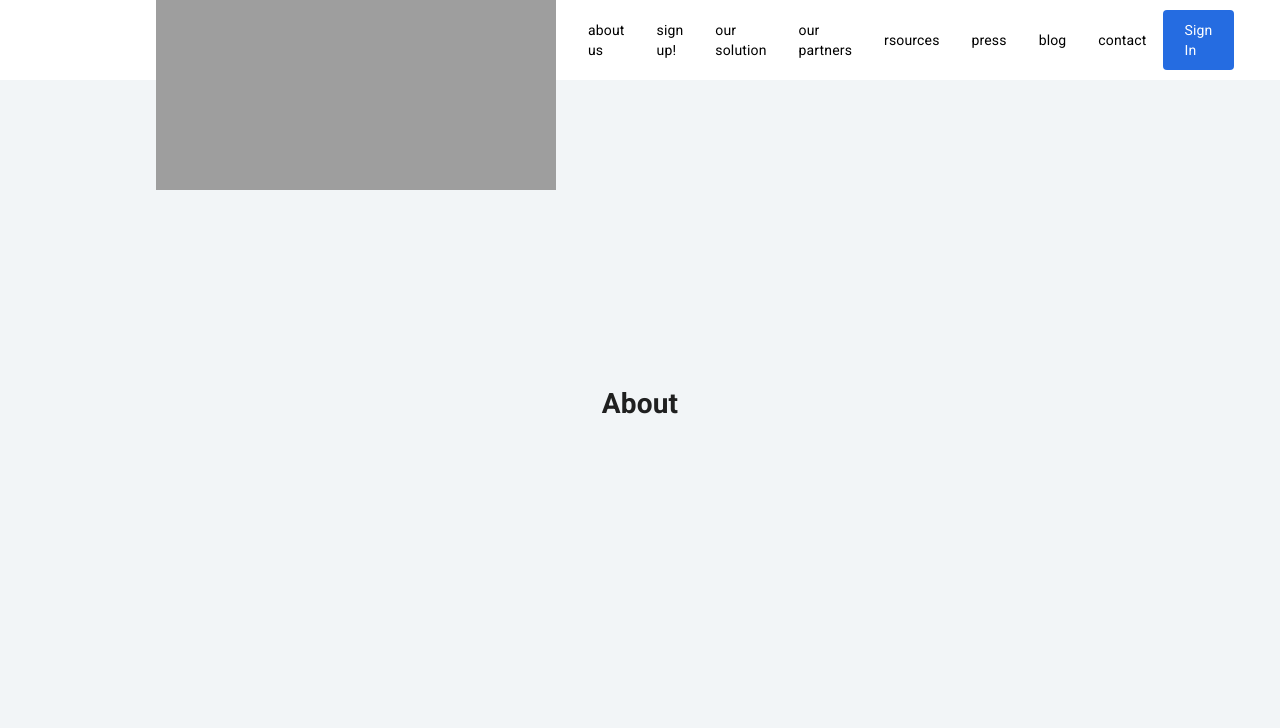
Repository: vinuvish/groundstandards_react
Page: /
These files come from the project's save history. The page is drawn as it stood at one moment and after the next save; the edit follows.
The browser window is 1280 px wide. The pictures show the whole page.
Pictures or frames that could not be fetched are drawn as grey boxes. The page's requests for data from a server got no answer. The project was rebuilt for these pictures with package versions that can differ from the ones it lists, and the page was loaded fresh each time. No one was signed in, and anything a server would have sent is missing. Also part of the build but not shown: src/pages/app/NotFoundPage.tsx, src/pages/app/SignUpPage.tsx, src/pages/app/AboutPage.tsx, src/pages/app/OurSolutionPage.tsx, src/pages/app/OurPartnerPage.tsx, src/pages/app/ResourcePage.tsx, src/pages/app/PressPage.tsx, src/pages/app/BlockPage.tsx and 1 more.

Above is the page before, as saved 2020-11-25 23:42:02.

### public/index.html
<!DOCTYPE html>
<html lang="en">
  <head>
    <meta charset="utf-8" />
    <link rel="icon" href="%PUBLIC_URL%/favicon.png" />
    <meta name="viewport" content="width=device-width, initial-scale=1" />
    <meta name="theme-color" content="#000000" />
    <meta name="description" content="Web site created using create-react-app" />
    <link rel="apple-touch-icon" href="%PUBLIC_URL%/logo192.png" />
    <link rel="stylesheet" href="https://fonts.googleapis.com/css?family=Roboto:300,400,500,700&display=swap" />
    <link rel="stylesheet" href="https://fonts.googleapis.com/icon?family=Material+Icons" />
    <!--
      manifest.json provides metadata used when your web app is installed on a
      user's mobile device or desktop. See https://developers.google.com/web/fundamentals/web-app-manifest/
    -->
    <link rel="manifest" href="%PUBLIC_URL%/manifest.json" />
    <!--
      Notice the use of %PUBLIC_URL% in the tags above.
      It will be replaced with the URL of the `public` folder during the build.
      Only files inside the `public` folder can be referenced from the HTML.

      Unlike "/favicon.ico" or "favicon.ico", "%PUBLIC_URL%/favicon.ico" will
      work correctly both with client-side routing and a non-root public URL.
      Learn how to configure a non-root public URL by running `npm run build`.
    -->
    <title>Ground Standard</title>
  </head>
  <body>
    <noscript>You need to enable JavaScript to run this app.</noscript>
    <div id="root"></div>
    <!--
      This HTML file is a template.
      If you open it directly in the browser, you will see an empty page.

      You can add webfonts, meta tags, or analytics to this file.
      The build step will place the bundled scripts into the <body> tag.

      To begin the development, run `npm start` or `yarn start`.
      To create a production bundle, use `npm run build` or `yarn build`.
    -->
  </body>
</html>

### src/App.tsx
import { CssBaseline, MuiThemeProvider, StylesProvider } from '@material-ui/core';
import { SnackbarProvider } from 'notistack';
import React from 'react';
import { theme } from './app_utils/MuiTheme';
import AppRouterRoutes from './AppRoutes';
import { useAppStore } from './models_stores/appStore';

function App() {
  const streamAuthUser = useAppStore((state) => state.streamAuthUser);
  const streamProducts = useAppStore((state) => state.streamDocuments);
  const streamCategories = useAppStore((state) => state.streamNotifications);
  const streamUsers = useAppStore((state) => state.streamUsers);

  React.useEffect(() => {
    streamAuthUser();
    streamCategories();
    streamUsers();
    streamProducts();
  }, []); // eslint-disable-line

  return (
    <SnackbarProvider maxSnack={3} anchorOrigin={{ vertical: 'bottom', horizontal: 'right' }}>
      <MuiThemeProvider theme={theme}>
        <CssBaseline />
        <StylesProvider injectFirst>
          <AppRouterRoutes></AppRouterRoutes>
        </StylesProvider>
      </MuiThemeProvider>
    </SnackbarProvider>
  );
}

export default App;

### src/app_utils/MuiTheme.tsx
import { createMuiTheme } from '@material-ui/core/styles';
import { BreakpointOverrides } from '@material-ui/core/styles/createBreakpoints';
import { Shadows } from '@material-ui/core/styles/shadows';

declare module '@material-ui/core/styles/createBreakpoints' {
  interface BreakpointOverrides {
    xs: true;
    sm: true;
    md: true;
    lg: true;
    xl: true;
    tablet: true;
    laptop: true;
    desktop: true;
  }
}

export const theme = createMuiTheme({
  breakpoints: {
    values: { xs: 0, sm: 600, md: 960, lg: 1280, xl: 1920, tablet: 400, laptop: 900, desktop: 1200 }
  },

  shadows: Array(25).fill('none') as Shadows,

  props: {
    MuiInput: { disableUnderline: true },
    MuiButton: { disableElevation: true },
    MuiButtonBase: { disableRipple: true },
    MuiPaper: { elevation: 0 },
    MuiCard: { elevation: 0 },
    MuiDivider: { color: 'white' },
    MuiOutlinedInput: {}
  },
  overrides: {
    MuiPaper: {
      root: {
        elevation: 0
      }
    },
    MuiCard: {
      root: {
        elevation: 0
      }
    },
    MuiButton: {
      root: {
        textTransform: 'capitalize'
      }
    }
  },
  palette: {
    background: {
      default: '#F2F5F7'
    }
  }
});

export const breakpoint = {
  xs: `(min-width: 0px)`,
  sm: `(min-width: 576px)`,
  md: `(min-width: 768px)`,
  lg: `(min-width: 992px)`,
  xl: `(min-width: 1200px)`
};

### src/AppRoutes.tsx
import { Container, createStyles, Grid, makeStyles, Theme } from '@material-ui/core';
import React from 'react';
import { Route, Router, Switch } from 'react-router-dom';
import ZAppBar from './components/ZAppBar';
import ZAppBarDrawer from './components/ZAppBarDrawer';
import NotFoundPage from './pages/app/NotFoundPage';
import SignUpPage from './pages/app/SignUpPage';
import history from './app_utils/History';
import AboutPage from './pages/app/AboutPage';
import OurSolutionPage from './pages/app/OurSolutionPage';
import OurPartnerPage from './pages/app/OurPartnerPage';
import ResourcePage from './pages/app/ResourcePage';
import PressPage from './pages/app/PressPage';
import BlockPage from './pages/app/BlockPage';
import ContactPage from './pages/app/ContactPage';
import AppHomePage from './pages/app/AppHomePage';
import ZNavBar from './components/ZNavBar';

const AppRouterRoutes = () => {
  const classes = useStyles();

  return (
    <Router history={history}>

      <ZNavBar />
      <Switch>{[AppRoutes]}</Switch>
    </Router>


  );
};


const AppRoutes = [
  <Route exact path='/' component={AppHomePage} />,
  <Route exact path='/aboutUs' component={AboutPage} />,
  <Route exact path='/signUp' component={SignUpPage} />,
  <Route exact path='/ourSolution' component={OurSolutionPage} />,
  <Route exact path='/ourPartner' component={OurPartnerPage} />,
  <Route exact path='/resource' component={ResourcePage} />,
  <Route exact path='/press' component={PressPage} />,
  <Route exact path='/blog' component={BlockPage} />,
  <Route exact path='/contact' component={ContactPage} />,
  <Route component={NotFoundPage} />
];

const useStyles = makeStyles((theme: Theme) =>
  createStyles({
    grid: {
      display: 'flex'
    },
    containerAuthenticated: {
      margin: 'auto',
      marginTop: 68,
      padding: 20,
      width: `calc(100% - 240px)`,
      [theme.breakpoints.down('md')]: {
        width: '100%'
      }
    },
    containerUnauthenticated: {}
  })
);

export default AppRouterRoutes;

### src/models_stores/appStore.ts
import { mountStoreDevtool } from 'simple-zustand-devtools';
import create from 'zustand';
import { fireAuth, fireFirestore } from '../firebase/firebase';
import { AuthUser } from '../models/AuthUserModel';
import { DocumentModel } from '../models/DocumentModel';
import { NotificationModel } from '../models/NotificationModel';

type State = {
  documents: DocumentModel[];
  streamDocuments: () => void;

  notifications: NotificationModel[];
  streamNotifications: () => void;

  users: AuthUser[];
  streamUsers: () => void;

  isInitializing?: boolean;
  authUser: AuthUser | null;
  streamAuthUser: () => void;
};

export const useAppStore = create<State>((set, get) => ({
  /* ------------------------------ NOTE AUTHUSER ----------------------------- */
  isInitializing: true,
  authUser: null,

  streamAuthUser: () => {
    fireAuth.onAuthStateChanged(async (user) => {
      if (user) {
        const query = await fireFirestore.collection('users').doc(user.uid).get();

        const authUser = AuthUser.fromFirestore(query);

        set((state) => {
          return { ...state, authUser: authUser, isInitializing: false };
        });
      } else {
        set((state) => {
          return { ...state, authUser: null, isInitializing: false };
        });
      }
    });
  },

  /* ------------------------------ NOTE Users ----------------------------- */
  users: [],

  streamUsers: () => {
    if (get().users.length === 0)
      fireFirestore.collection('users').onSnapshot((querySnapshot: firebase.firestore.QuerySnapshot<firebase.firestore.DocumentData>) => {
        let users: AuthUser[] = [];
        querySnapshot.docs.forEach((docSnapshot) => {
          const res = AuthUser.fromFirestore(docSnapshot);
          if (res) users.push(res);
        });

        set((state) => {
          return { ...state, users: users };
        });
      });
  },
  /* ------------------------------ NOTE PRODUCTS ----------------------------- */
  documents: [],

  streamDocuments: () => {
    if (get().documents.length === 0)
      fireFirestore
        .collection('documents')
        .limit(200)
        .onSnapshot((querySnapshot: firebase.firestore.QuerySnapshot<firebase.firestore.DocumentData>) => {
          let documents: DocumentModel[] = [];

          querySnapshot.docs.forEach((docSnapshot) => {
            const res = DocumentModel.fromFirestore(docSnapshot);
            if (res) documents.push(res);
          });

          set((state) => {
            return { ...state, documents: documents };
          });
        });
  },

  notifications: [],
  streamNotifications: () => {
    if (get().notifications.length === 0)
      fireFirestore.collection('notifications').onSnapshot((querySnapshot: firebase.firestore.QuerySnapshot<firebase.firestore.DocumentData>) => {
        let notifications: NotificationModel[] = [];

        querySnapshot.docs.forEach((docSnapshot) => {
          const res = NotificationModel.fromFirestore(docSnapshot);
          if (res) notifications.push(res);
        });

        set((state) => {
          return { ...state, notifications: notifications };
        });
      });
  }
}));

if (process.env.NODE_ENV === 'development') {
  mountStoreDevtool('Store', useAppStore);
}

### src/app_utils/History.tsx
import { createBrowserHistory } from 'history';
export default createBrowserHistory({});

### src/pages/app/AppHomePage.tsx

import * as React from 'react';
import { makeStyles, Theme } from '@material-ui/core/styles';

interface Props { }

const AppHomePage: React.FC<Props> = () => {
    const classes = useStyles();
    return <div
        style={{
            display: 'flex',
            justifyContent: 'center',
            alignItems: 'center',
            height: '90vh'
        }}
    >
        <h1>About</h1>
    </div>
};

const useStyles = makeStyles((theme: Theme) => ({
    root: {}
}));

AppHomePage.defaultProps = {};

export default AppHomePage;

### src/components/ZNavBar.tsx
import React from 'react';
import { FaBars } from 'react-icons/fa';
import { NavLink as Link } from 'react-router-dom';
import styled from 'styled-components';

function ZNavBar() {


    const navLinks = [
        { title: `about us`, path: `/aboutUs` },
        { title: `sign up!`, path: `/signUp` },
        { title: `our solution`, path: `/ourSolution` },
        { title: `our partners`, path: `/ourPartner` },
        { title: `rsources`, path: `/resource` },
        { title: `press`, path: `/press` },
        { title: `blog`, path: `/blog` },
        { title: `contact`, path: `/contact` },

    ]
    return (
        <>
            <Nav>
                <NavLink to='/'>
                    <img src={'http://groundstandards.com/wp-content/uploads/GS-logo-300.png'} alt='logo' />
                </NavLink>
                <Bars />

                <NavMenu>

                    {navLinks.map(({ title, path }) => (
                        <NavLink to={path} >
                            {title}
                        </NavLink>
                    ))}

                    {/* Second Nav */}
                    {/* <NavBtnLink to='/sign-in'>Sign In</NavBtnLink> */}
                </NavMenu>
                <NavBtn>
                    <NavBtnLink to='/signin'>Sign In</NavBtnLink>
                </NavBtn>
            </Nav>
        </>
    );
}

export default ZNavBar

export const Nav = styled.nav`
  background: white;
  height: 80px;
  display: flex;
  justify-content: space-between;
  padding: 0.5rem calc((100vw - 1000px) / 2);
  z-index: 10;
  /* Third Nav */
  /* justify-content: flex-start; */
`;

export const NavLink = styled(Link)`
  color: black;
  display: flex;
  align-items: center;
  text-decoration: none;
  padding: 0 1rem;
  height: 100%;
  cursor: pointer;
  &.active {
    color: #15cdfc;
  }
`;

export const Bars = styled(FaBars)`
  display: none;
  color: #fff;
  @media screen and (max-width: 768px) {
    display: block;
    position: absolute;
    top: 0;
    right: 0;
    transform: translate(-100%, 75%);
    font-size: 1.8rem;
    cursor: pointer;
  }
`;

export const NavMenu = styled.div`
  display: flex;
  align-items: center;
  margin-right: -24px;
  /* Second Nav */
  /* margin-right: 24px; */
  /* Third Nav */
  /* width: 100vw;
  white-space: nowrap; */
  @media screen and (max-width: 768px) {
    display: none;
  }
`;

export const NavBtn = styled.nav`
  display: flex;
  align-items: center;
  margin-right: 24px;
  /* Third Nav */
  /* justify-content: flex-end;
  width: 100vw; */
  @media screen and (max-width: 768px) {
    display: none;
  }
`;

export const NavBtnLink = styled(Link)`
  border-radius: 4px;
  background: #256ce1;
  padding: 10px 22px;
  color: #fff;
  outline: none;
  border: none;
  cursor: pointer;
  transition: all 0.2s ease-in-out;
  text-decoration: none;
  /* Second Nav */
  margin-left: 24px;
  &:hover {
    transition: all 0.2s ease-in-out;
    background: #fff;
    color: #010606;
  }
`;

### src/firebase/firebase.tsx
import firebase from 'firebase/app';
import 'firebase/firestore';
import 'firebase/auth';
import 'firebase/storage';

const firebaseConfig = {
  apiKey: 'AIzaSyBWf1JYtcld5rEhou2YyANxAtl20AylP80',
  authDomain: 'groundstandards-8a1dd.firebaseapp.com',
  databaseURL: 'https://groundstandards-8a1dd.firebaseio.com',
  projectId: 'groundstandards-8a1dd',
  storageBucket: 'groundstandards-8a1dd.appspot.com',
  messagingSenderId: '137110708999',
  appId: '1:137110708999:web:ab0b42be7878425a805ba2',
  measurementId: 'G-V8H0LZB9DH'
};

if (!firebase.apps.length) firebase.initializeApp(firebaseConfig);

const firestore = firebase.firestore();
const auth = firebase.auth();

export { firebase as fireFirebase, firestore as fireFirestore, auth as fireAuth };

### src/models/AuthUserModel.ts
export class AuthUser implements IAuthUser {
  email: string;
  firstName: string;
  id: string;
  lastName: string;
  isActive: boolean;
  isAdmin: boolean;
  timestampAdded: Date;
  timestampLastLogin: Date;

  constructor(x: IAuthUser) {
    this.email = x.email;
    this.firstName = x.firstName;
    this.id = x.id;
    this.lastName = x.lastName;
    this.isActive = x.isActive;
    this.isAdmin = x.isAdmin;
    this.timestampAdded = x.timestampAdded;
    this.timestampLastLogin = x.timestampLastLogin;
  }

  static fromFirestore(doc: firebase.firestore.DocumentSnapshot<firebase.firestore.DocumentData>): AuthUser | null {
    const data = doc.data();
    if (!data) return null;

    return new AuthUser({
      email: data['email'] ?? '',
      firstName: data['firstName'] ?? '',
      id: doc.id,
      lastName: data['lastName'] ?? '',
      isActive: data['isActive'] ?? true,
      isAdmin: data['isAdmin'] ?? false,
      timestampAdded: data['timestampAdded']?.toDate() ?? new Date(),
      timestampLastLogin: data['timestampLastLogin']?.toDate() ?? new Date()
    });
  }

  getFullName(): string {
    return `${this.firstName} ${this.lastName}`;
  }
}

interface IAuthUser {
  email: string;
  firstName: string;
  id: string;
  lastName: string;
  isActive: boolean;
  isAdmin: boolean;
  timestampAdded: Date;
  timestampLastLogin: Date;
}
export interface IAuthUserRegister {
  email: string;
  firstName: string;
  lastName: string;
  password: string;
  isAdmin: boolean;
}

export interface IAuthUserUpdate {
  id: string;
  firstName: string;
  lastName: string;
  isActive: boolean;
  isAdmin: boolean;
}

### src/models/DocumentModel.ts
export class DocumentModel implements IEventModel {
  driversLicenseFront: DocumentItem | null;
  driversLicenseBack: DocumentItem | null;
  driversInsuranceCardFront: DocumentItem | null;
  driversInsuranceCardBack: DocumentItem | null;
  driversVehicleRegistrationFront: DocumentItem | null;
  driversVehicleRegistrationBack: DocumentItem | null;
  driversTaxiLimousineIdFront: DocumentItem | null;
  driversTaxiLimousineIdBack: DocumentItem | null;
  driversPicture: DocumentItem | null;
  id: string;
  uid: string;
  email: string;
  firstName: string;
  lastName: string;
  timestampCreated: Date;
  state: string;
  note: string;

  constructor(x: IEventModel) {
    {
      this.driversInsuranceCardBack = x.driversInsuranceCardBack;
      this.driversInsuranceCardFront = x.driversInsuranceCardFront;
      this.driversLicenseBack = x.driversLicenseBack;
      this.driversLicenseFront = x.driversLicenseFront;
      this.driversPicture = x.driversPicture;
      this.driversTaxiLimousineIdBack = x.driversTaxiLimousineIdBack;
      this.driversTaxiLimousineIdFront = x.driversTaxiLimousineIdFront;
      this.driversVehicleRegistrationBack = x.driversVehicleRegistrationBack;
      this.driversVehicleRegistrationFront = x.driversVehicleRegistrationFront;
      this.email = x.email;
      this.firstName = x.firstName;
      this.id = x.id;
      this.lastName = x.lastName;
      this.note = x.note;
      this.state = x.state;
      this.timestampCreated = x.timestampCreated;
      this.uid = x.uid;
    }
  }

  getFullName(): string {
    return `${this.firstName} ${this.lastName}`;
  }

  getTotalDocuments(): string {
    let totaldocuments = 0;
    if (this.driversInsuranceCardBack?.imageUrl) totaldocuments += 1;
    if (this.driversInsuranceCardFront?.imageUrl) totaldocuments += 1;
    if (this.driversLicenseBack?.imageUrl) totaldocuments += 1;
    if (this.driversLicenseFront?.imageUrl) totaldocuments += 1;
    if (this.driversTaxiLimousineIdBack?.imageUrl) totaldocuments += 1;
    if (this.driversTaxiLimousineIdFront?.imageUrl) totaldocuments += 1;
    if (this.driversVehicleRegistrationBack?.imageUrl) totaldocuments += 1;
    if (this.driversVehicleRegistrationFront?.imageUrl) totaldocuments += 1;
    if (this.driversPicture?.imageUrl) totaldocuments += 1;
    return `${totaldocuments}/9 documents`;
  }

  static fromFirestore(doc: firebase.firestore.DocumentSnapshot<firebase.firestore.DocumentData>): DocumentModel | null {
    const data = doc.data();
    if (!data) return null;
    return new DocumentModel({
      id: doc.id,
      driversInsuranceCardBack: DocumentItem.fromMap(data['driversInsuranceCardBack']),
      driversInsuranceCardFront: DocumentItem.fromMap(data['driversInsuranceCardFront']),
      driversLicenseBack: DocumentItem.fromMap(data['driversLicenseBack']),
      driversLicenseFront: DocumentItem.fromMap(data['driversLicenseFront']),
      driversPicture: DocumentItem.fromMap(data['driversPicture']),
      driversTaxiLimousineIdBack: DocumentItem.fromMap(data['driversTaxiLimousineIdBack']),
      driversTaxiLimousineIdFront: DocumentItem.fromMap(data['driversTaxiLimousineIdFront']),
      driversVehicleRegistrationBack: DocumentItem.fromMap(data['driversVehicleRegistrationBack']),
      driversVehicleRegistrationFront: DocumentItem.fromMap(data['driversVehicleRegistrationFront']),
      email: data['email'],
      firstName: data['firstName'],
      lastName: data['lastName'],
      note: data['note'],
      state: data['state'],
      timestampCreated: data['timestampCreated'].toDate() ?? new Date(),
      uid: data['uid']
    });
  }
}

interface IEventModel {
  driversLicenseFront: DocumentItem | null;
  driversLicenseBack: DocumentItem | null;
  driversInsuranceCardFront: DocumentItem | null;
  driversInsuranceCardBack: DocumentItem | null;
  driversVehicleRegistrationFront: DocumentItem | null;
  driversVehicleRegistrationBack: DocumentItem | null;
  driversTaxiLimousineIdFront: DocumentItem | null;
  driversTaxiLimousineIdBack: DocumentItem | null;
  driversPicture: DocumentItem | null;
  id: string;
  uid: string;
  email: string;
  firstName: string;
  lastName: string;
  timestampCreated: Date;
  state: string;
  note: string;
}

class DocumentItem implements IDocumentItem {
  isVerified: boolean;
  isRejected: boolean;
  imageUrl: string;
  timestampCreated: Date;

  constructor(x: IDocumentItem) {
    this.isRejected = x.isRejected;
    this.isVerified = x.isVerified;
    this.imageUrl = x.imageUrl;
    this.timestampCreated = x.timestampCreated;
  }

  toMap() {
    return {
      isVerified: this.isVerified,
      isRejected: this.isRejected,
      imageUrl: this.imageUrl,
      timestampCreated: this.timestampCreated
    };
  }

  static fromMap(map: any) {
    if (map == null) return null;

    return new DocumentItem({
      isVerified: map['isVerified'],
      isRejected: map['isRejected'],
      imageUrl: map['imageUrl'],
      timestampCreated: map['timestampCreated']?.toDate() ?? new Date()
    });
  }
}

interface IDocumentItem {
  isVerified: boolean;
  isRejected: boolean;
  imageUrl: string;
  timestampCreated: Date;
}

### src/models/NotificationModel.ts
export class NotificationModel implements IEventModel {
  body: string;
  title: string;
  linkUrl: string;
  id: string;
  timestampAdded: Date;

  constructor(x: IEventModel) {
    {
      this.id = x.id;
      this.linkUrl = x.linkUrl;
      this.body = x.body;
      this.timestampAdded = x.timestampAdded;
      this.title = x.title;
    }
  }

  static fromFirestore(doc: firebase.firestore.DocumentSnapshot<firebase.firestore.DocumentData>): NotificationModel | null {
    const data = doc.data();
    if (!data) return null;
    return new NotificationModel({
      body: data['body'] ?? '',
      id: doc.id,
      linkUrl: data['linkUrl'] ?? '',
      timestampAdded: data['timestampAdded']?.toDate() ?? Date.now(),
      title: data['title'] ?? ''
    });
  }
}

interface IEventModel {
  body: string;
  title: string;
  linkUrl: string;
  id: string;
  timestampAdded: Date;
}

Loaded but not shown: src/index.tsx (common file); src/styles/index.css (common file)

After the next save:
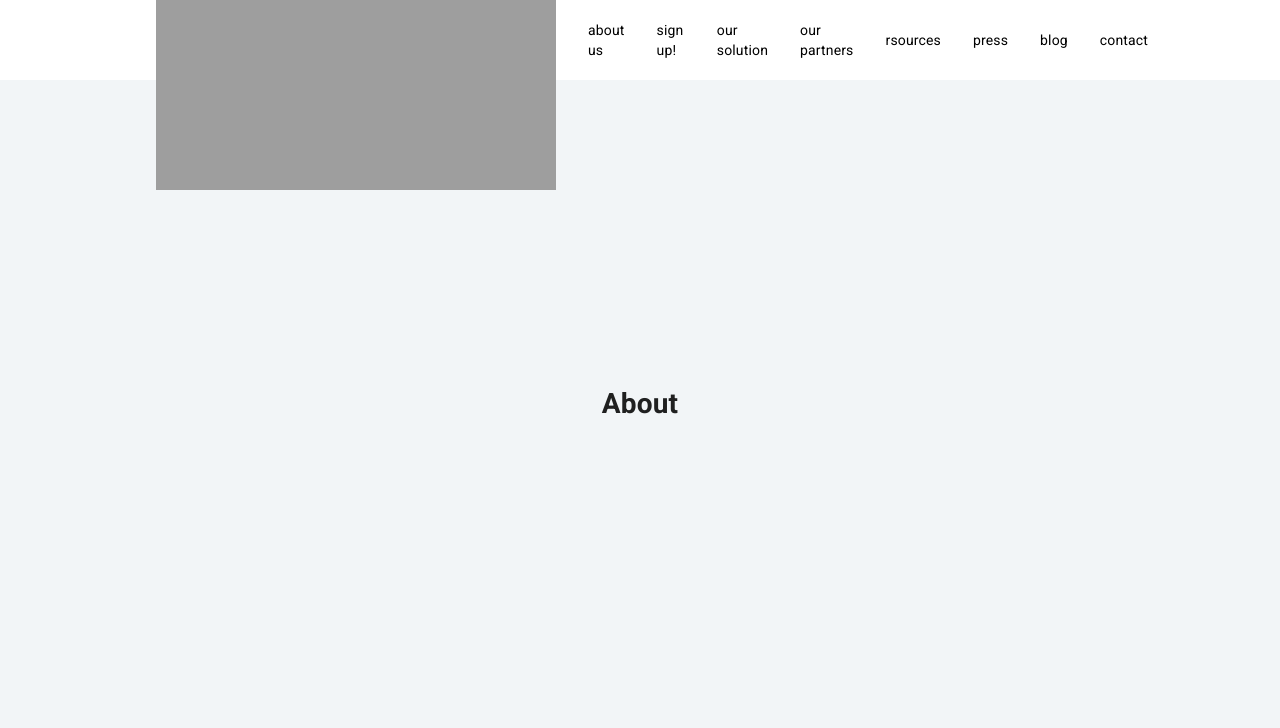
Saved 14 s later.
--- a/src/components/ZNavBar.tsx
+++ b/src/components/ZNavBar.tsx
@@ -36,9 +36,7 @@ function ZNavBar() {
                     {/* Second Nav */}
                     {/* <NavBtnLink to='/sign-in'>Sign In</NavBtnLink> */}
                 </NavMenu>
-                <NavBtn>
-                    <NavBtnLink to='/signin'>Sign In</NavBtnLink>
-                </NavBtn>
+
             </Nav>
         </>
     );
